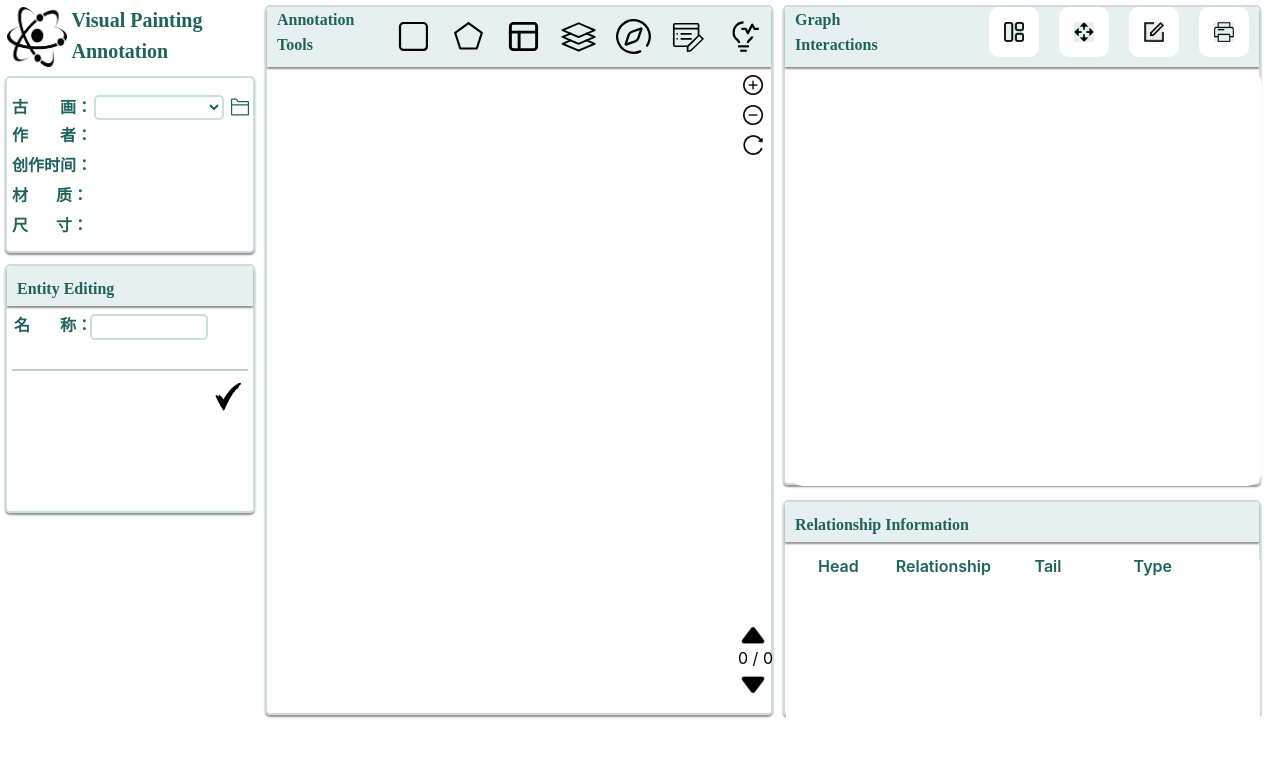
Repository: cailbh/ImageLabelTool
Page: /
The author's editor kept a copy of each file at every save. The page is drawn from the files as they stood at one save, then again after the next save.
The browser window is 1280 px wide. The pictures show the whole page.
The project was rebuilt for these pictures with package versions that can differ from the ones it lists, and the page was loaded fresh each time.

Above is the page before, as saved 2022-10-30 15:17:42.

After the next save:
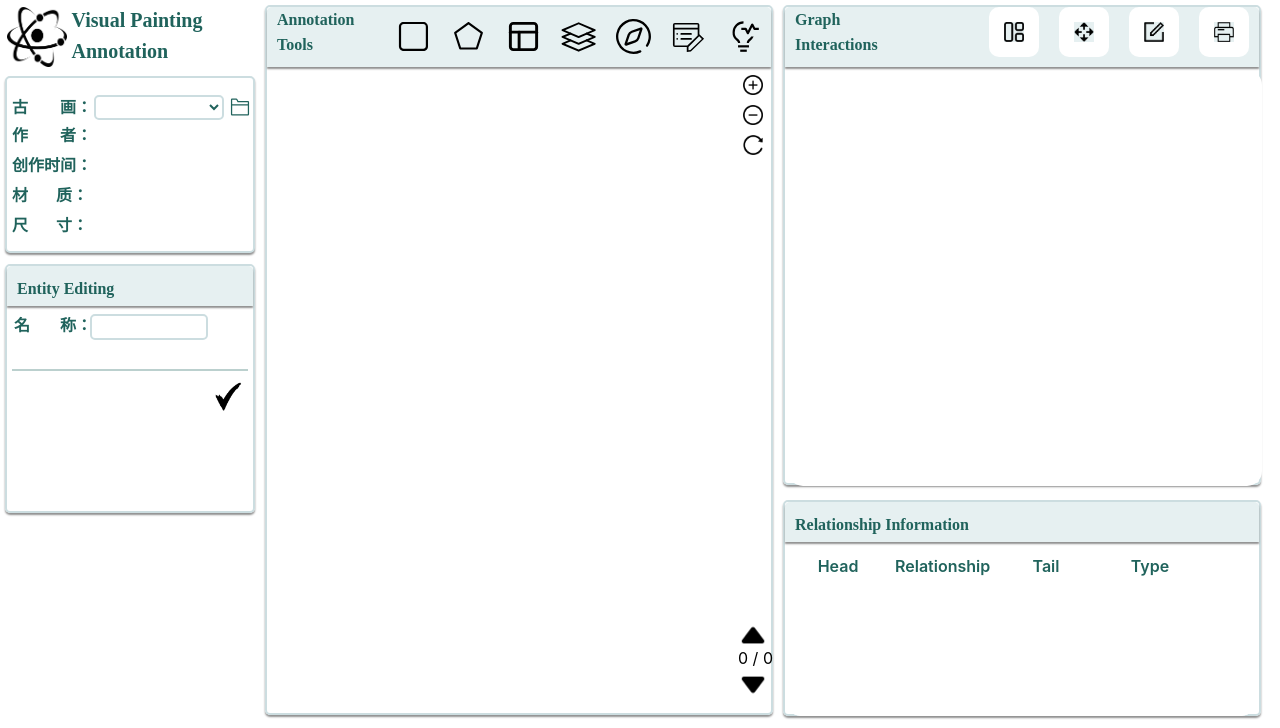
Saved 19 min 54 s later.
--- a/src/component/LabelDisplay/graph.css
+++ b/src/component/LabelDisplay/graph.css
@@ -168,10 +168,10 @@ position: relative;
     float: left;
 }
 #relationshipBox{
-    /* width: calc(50% - 4px);
-    height: calc(100% - 2px); */
-    width: 100%;
-    height: 100%;
+    width: calc(100% - 4px);
+    height: calc(100% - 45px);
+    /* width: 100%; */
+    /* height: 100%; */
     background: #fff;
     overflow: 'auto';
     float: left;
